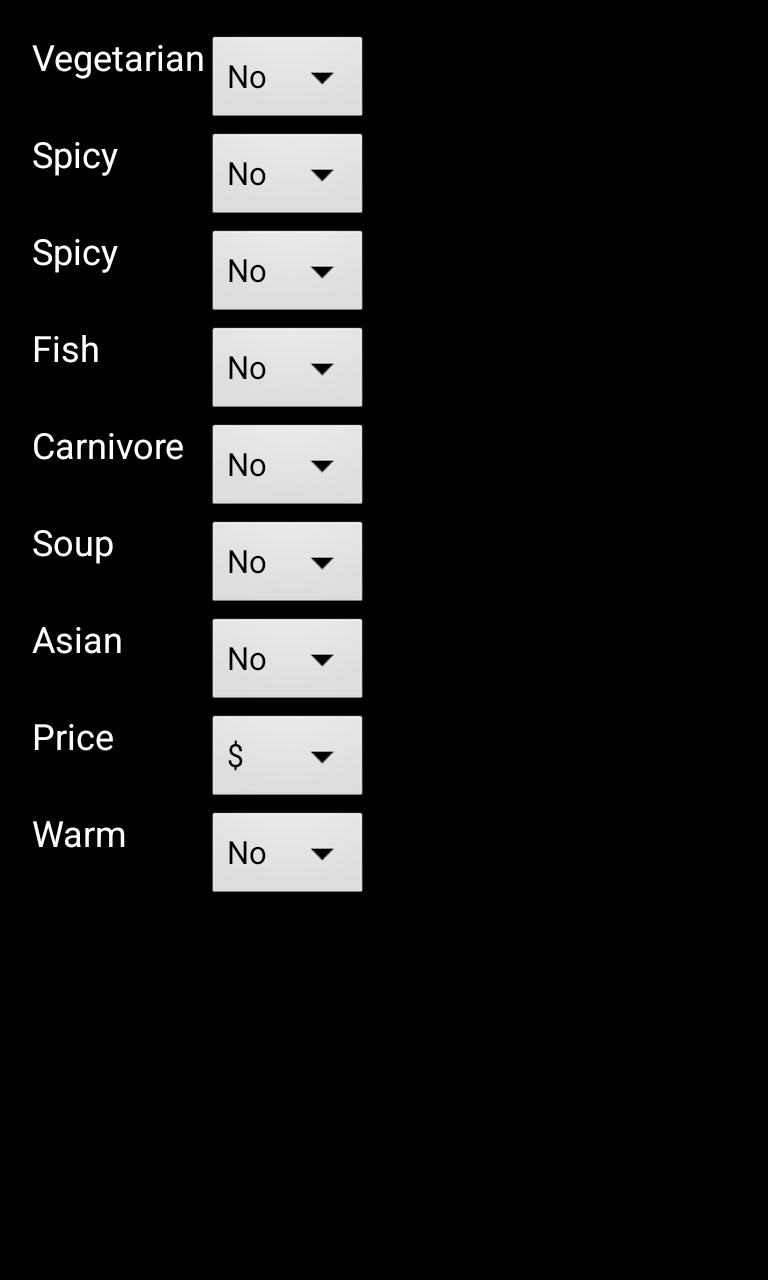
Repository: imhossu/FeedJulia
Layout: FeedJulia/res/layout/activity_survey.xml
These files come from the project's save history. The layout is drawn as it stood at one moment and after a run of saves; the edit follows.
It is drawn on a 768 x 1280 px phone screen (xhdpi) without system bars, with theme android:Theme.NoTitleBar; the app's code is not run.

Above is the layout before, as saved 2014-01-26 02:46:46.

### FeedJulia/res/layout/activity_survey.xml
<LinearLayout xmlns:tools="http://schemas.android.com/tools"
    xmlns:android="http://schemas.android.com/apk/res/android"
    android:layout_width="match_parent"
    android:layout_height="match_parent"
    android:columnCount="1"
    android:paddingBottom="@dimen/activity_vertical_margin"
    android:paddingLeft="@dimen/activity_horizontal_margin"
    android:paddingRight="@dimen/activity_horizontal_margin"
    android:paddingTop="@dimen/activity_vertical_margin"
    android:orientation="horizontal"
    tools:context=".Survey" >

    <TableLayout
        android:layout_width="match_parent"
        android:layout_height="match_parent"
        android:layout_column="0"
        android:layout_gravity="left|top"
        android:layout_row="0" >

        <TableRow
            android:id="@+id/tableVeg"
            android:layout_width="wrap_content"
            android:layout_height="fill_parent" >

            <TextView
                android:id="@+id/textVeg"
                android:layout_width="wrap_content"
                android:layout_height="fill_parent"
                android:text="Vegetarian"
                android:textAppearance="?android:attr/textAppearanceMedium" />

            <Spinner
                android:id="@+id/vegChoices"
                android:layout_width="match_parent"
                android:layout_height="match_parent"
                android:entries="@array/options" />
        </TableRow>


       <TableRow
            android:id="@+id/tableSpicy"
            android:layout_width="wrap_content"
            android:layout_height="fill_parent" >

            <TextView
                android:id="@+id/TextSpicy"
                android:layout_width="wrap_content"
                android:layout_height="fill_parent"
                android:text="Spicy"
                android:textAppearance="?android:attr/textAppearanceMedium" />

            <Spinner
                android:id="@+id/SpicyChoices"
                android:layout_width="match_parent"
                android:layout_height="match_parent"
                android:entries="@array/options" />
        </TableRow>


        <TableRow
            android:id="@+id/tableLight"
            android:layout_width="wrap_content"
            android:layout_height="fill_parent" >

            <TextView
                android:id="@+id/TextLight"
                android:layout_width="wrap_content"
                android:layout_height="fill_parent"
                android:text="Spicy"
                android:textAppearance="?android:attr/textAppearanceMedium" />

            <Spinner
                android:id="@+id/LightChoices"
                android:layout_width="match_parent"
                android:layout_height="match_parent"
                android:entries="@array/options" />
        </TableRow>

          <TableRow
            android:id="@+id/tableFish"
            android:layout_width="wrap_content"
            android:layout_height="fill_parent" >

            <TextView
                android:id="@+id/TextFish"
                android:layout_width="wrap_content"
                android:layout_height="fill_parent"
                android:text="Fish"
                android:textAppearance="?android:attr/textAppearanceMedium" />

            <Spinner
                android:id="@+id/FishChoices"
                android:layout_width="match_parent"
                android:layout_height="match_parent"
                android:entries="@array/options" />
        </TableRow>

            <TableRow
            android:id="@+id/tableMeat"
            android:layout_width="wrap_content"
            android:layout_height="fill_parent" >

            <TextView
                android:id="@+id/TextMeat"
                android:layout_width="wrap_content"
                android:layout_height="fill_parent"
                android:text="Carnivore"
                android:textAppearance="?android:attr/textAppearanceMedium" />

            <Spinner
                android:id="@+id/MeatChoices"
                android:layout_width="match_parent"
                android:layout_height="match_parent"
                android:entries="@array/options" />
        </TableRow>

              <TableRow
            android:id="@+id/tableSoup"
            android:layout_width="wrap_content"
            android:layout_height="fill_parent" >

            <TextView
                android:id="@+id/TextSoup"
                android:layout_width="wrap_content"
                android:layout_height="fill_parent"
                android:text="Soup"
                android:textAppearance="?android:attr/textAppearanceMedium" />

            <Spinner
                android:id="@+id/SoupChoices"
                android:layout_width="match_parent"
                android:layout_height="match_parent"
                android:entries="@array/options" />
        </TableRow>

                <TableRow
            android:id="@+id/tableAsian"
            android:layout_width="wrap_content"
            android:layout_height="fill_parent" >

            <TextView
                android:id="@+id/TextAsian"
                android:layout_width="wrap_content"
                android:layout_height="fill_parent"
                android:text="Asian"
                android:textAppearance="?android:attr/textAppearanceMedium" />

            <Spinner
                android:id="@+id/AsianChoices"
                android:layout_width="match_parent"
                android:layout_height="match_parent"
                android:entries="@array/options" />
        </TableRow>

                  <TableRow
            android:id="@+id/tablePrice"
            android:layout_width="wrap_content"
            android:layout_height="fill_parent" >

            <TextView
                android:id="@+id/TextPrice"
                android:layout_width="wrap_content"
                android:layout_height="fill_parent"
                android:text="Price"
                android:textAppearance="?android:attr/textAppearanceMedium" />

            <Spinner
                android:id="@+id/PriceChoices"
                android:layout_width="match_parent"
                android:layout_height="match_parent"
                android:entries="@array/dollars" />
        </TableRow>

                    <TableRow
            android:id="@+id/tableWarm"
            android:layout_width="wrap_content"
            android:layout_height="fill_parent" >

            <TextView
                android:id="@+id/TextWarm"
                android:layout_width="wrap_content"
                android:layout_height="fill_parent"
                android:text="Warm"
                android:textAppearance="?android:attr/textAppearanceMedium" />

            <Spinner
                android:id="@+id/WarmChoices"
                android:layout_width="match_parent"
                android:layout_height="match_parent"
                android:entries="@array/options" />
        </TableRow>



    </TableLayout>

   		<Button
        android:id="@+id/moreSurvey"
        android:layout_width="wrap_content"
        android:layout_height="wrap_content"
        android:layout_alignParentBottom="true"
        android:layout_centerHorizontal="true"
        android:layout_marginBottom="56dp"
        android:text="Another Survey" />

       <Button
        android:id="@+id/makeDecision"
        android:layout_width="wrap_content"
        android:layout_height="wrap_content"
        android:layout_alignParentBottom="true"
        android:layout_centerHorizontal="true"
        android:layout_marginBottom="56dp"
        android:text="Make Decision" />



</LinearLayout>

### FeedJulia/res/values/strings.xml
<?xml version="1.0" encoding="utf-8"?>
<resources>

    <string name="app_name">FeedJulia</string>
    <string name="action_settings">Settings</string>
    <string name="hello_world">Hello world!</string>
    <string name="title_activity_survey">Survey</string>

    <string-array name="options">
        <item>No</item>
        <item>Neutral</item>
        <item>Yes</item>
    </string-array>

    <string-array name="dollars">
        <item>$</item>
        <item>$$</item>
        <item>$$$</item>
        <item>$$$$</item>
    </string-array>

</resources>

Loaded but not shown: FeedJulia/res/values/dimens.xml (common file)

After the next 3 saves:
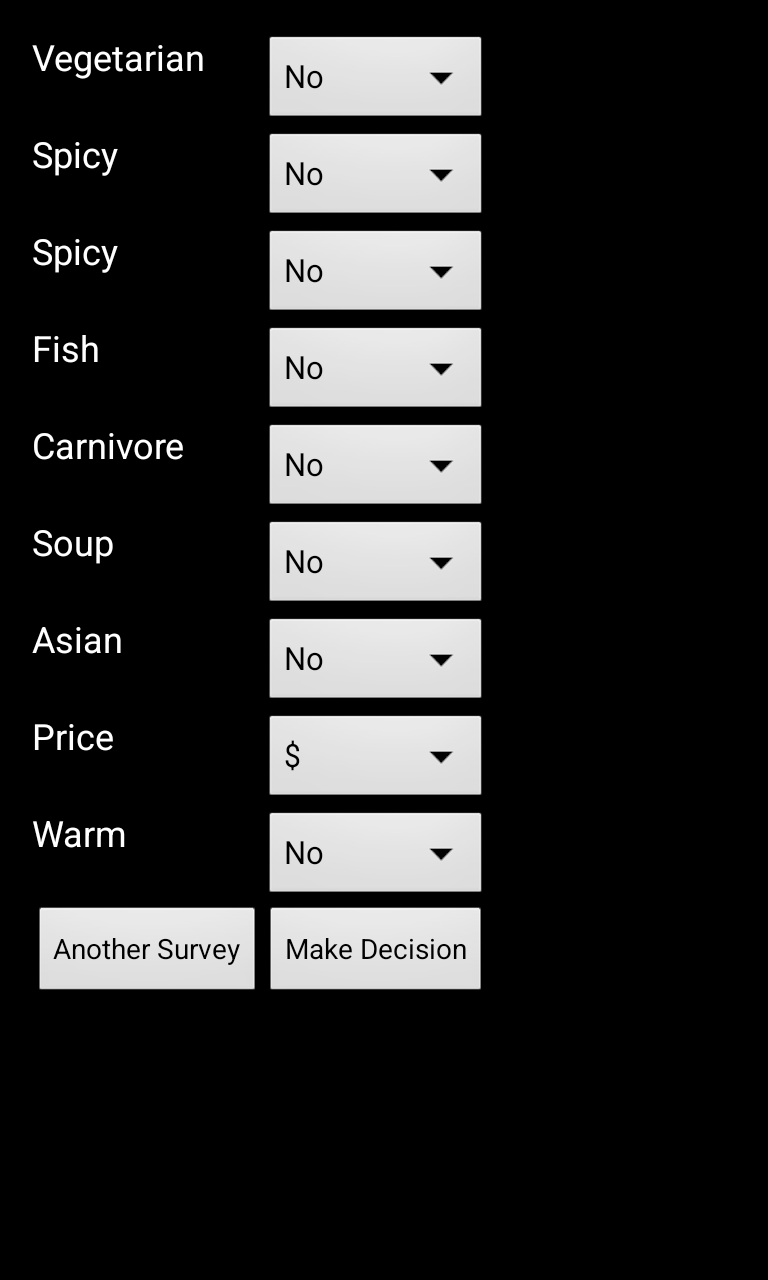
The 3 saves are shown as one change because 1 did not build or start and some came seconds apart.
The last was saved 4 min 3 s later.
--- a/FeedJulia/res/layout/activity_survey.xml
+++ b/FeedJulia/res/layout/activity_survey.xml
@@ -171,7 +171,7 @@
                 android:entries="@array/dollars" />
         </TableRow>
 
-                    <TableRow
+        <TableRow
             android:id="@+id/tableWarm"
             android:layout_width="wrap_content"
             android:layout_height="fill_parent" >
@@ -191,10 +191,12 @@
         </TableRow>
 
 
-
-    </TableLayout>
-
-   		<Button
+    	<TableRow
+            android:id="@+id/tableWarm"
+            android:layout_width="wrap_content"
+            android:layout_height="fill_parent" >
+
+            <Button
         android:id="@+id/moreSurvey"
         android:layout_width="wrap_content"
         android:layout_height="wrap_content"
@@ -211,6 +213,13 @@
         android:layout_centerHorizontal="true"
         android:layout_marginBottom="56dp"
         android:text="Make Decision" />
+        </TableRow>
+
+
+
+    </TableLayout>
+
+
 
 
 
